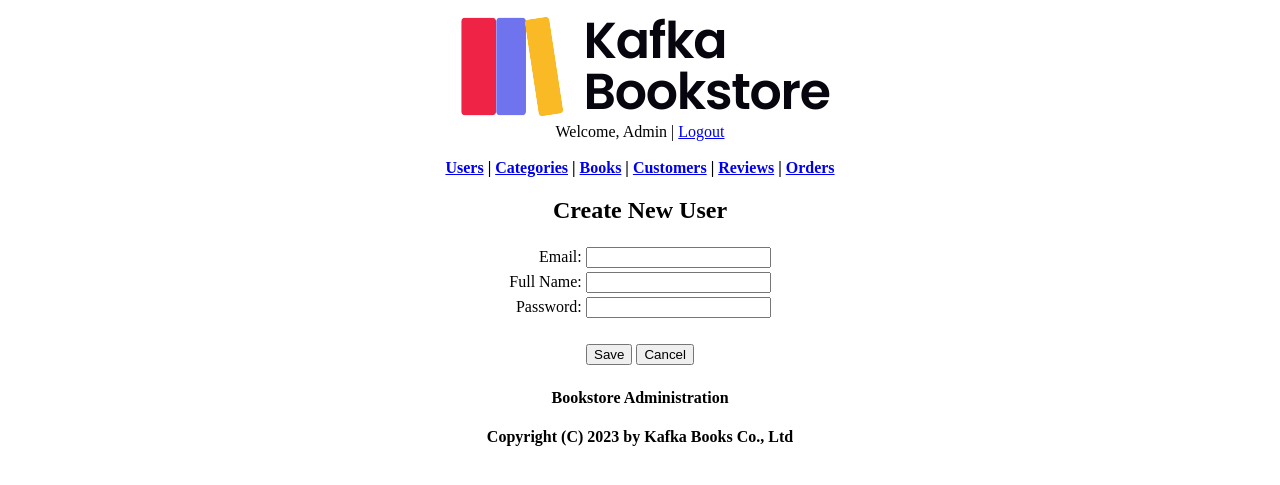
Repository: janvi2502/BookStore
Page: http://localhost/BookStoreWebsite/admin/user_form.jsp
An editor plug-in stored every save of this project. The page is shown before and after the next save, followed by the edit.
The browser window is 1280 px wide. The pictures show the whole page.
The page is served by Tomcat 10.

Above is the page before, as saved 2023-12-06 17:19:57.

After the next save:
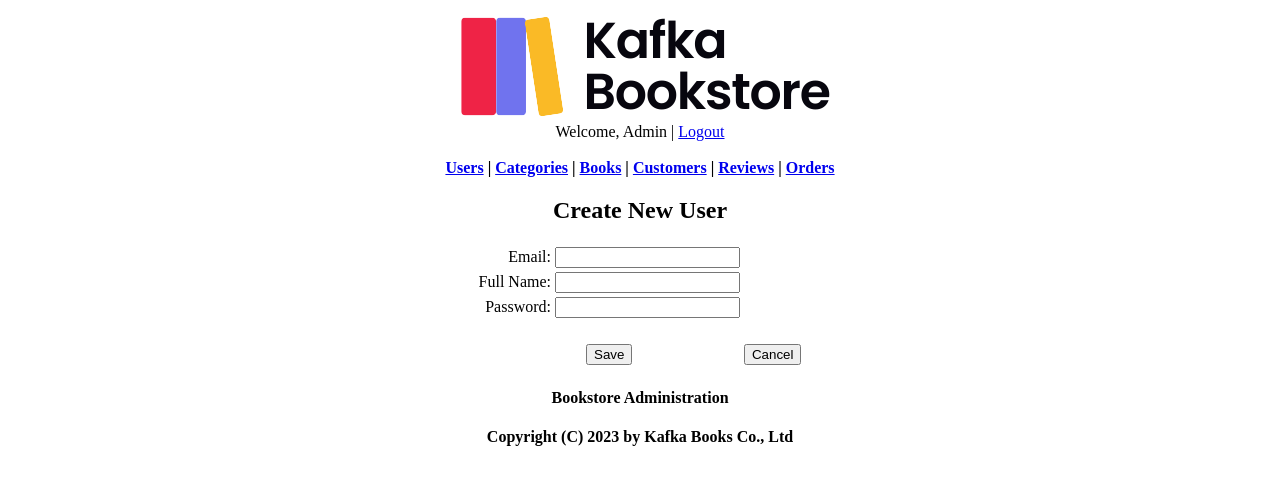
Saved 6 min 42 s later.
--- a/BookStoreWebsite/WebContent/admin/user_form.jsp
+++ b/BookStoreWebsite/WebContent/admin/user_form.jsp
@@ -51,7 +51,8 @@
 			</tr>
 			<tr>
 				<td colspan="2" align="center"><input type="submit"
-					value="Save" /> <input type="button" value="Cancel"
+					value="Save" /> </td>
+					<td><input type="button" value="Cancel"
 					onclick="javascript:history.go(-1)" /></td>
 			</tr>
 		</table>

After the save that followed:
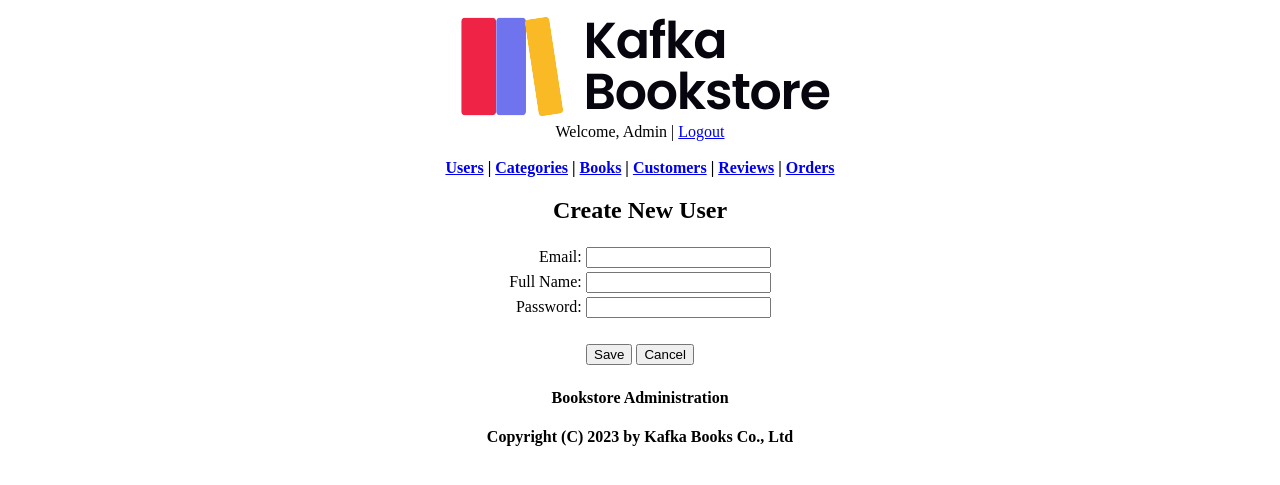
Saved 4 min 40 s later.
--- a/BookStoreWebsite/WebContent/admin/user_form.jsp
+++ b/BookStoreWebsite/WebContent/admin/user_form.jsp
@@ -50,9 +50,9 @@
 				<td>&nbsp;</td>
 			</tr>
 			<tr>
-				<td colspan="2" align="center"><input type="submit"
-					value="Save" /> </td>
-					<td><input type="button" value="Cancel"
+				<td colspan="2" align="center">
+				<input type="submit" value="Save" />
+				<input type="button" value="Cancel"
 					onclick="javascript:history.go(-1)" /></td>
 			</tr>
 		</table>
@@ -81,7 +81,7 @@
 
 		if (fieldPassword.value.length == 0) {
 			alert("Password is required!");
-			fieldEmail.focus();
+			fieldPassword.focus();
 			return false;
 		}
 		return true;
